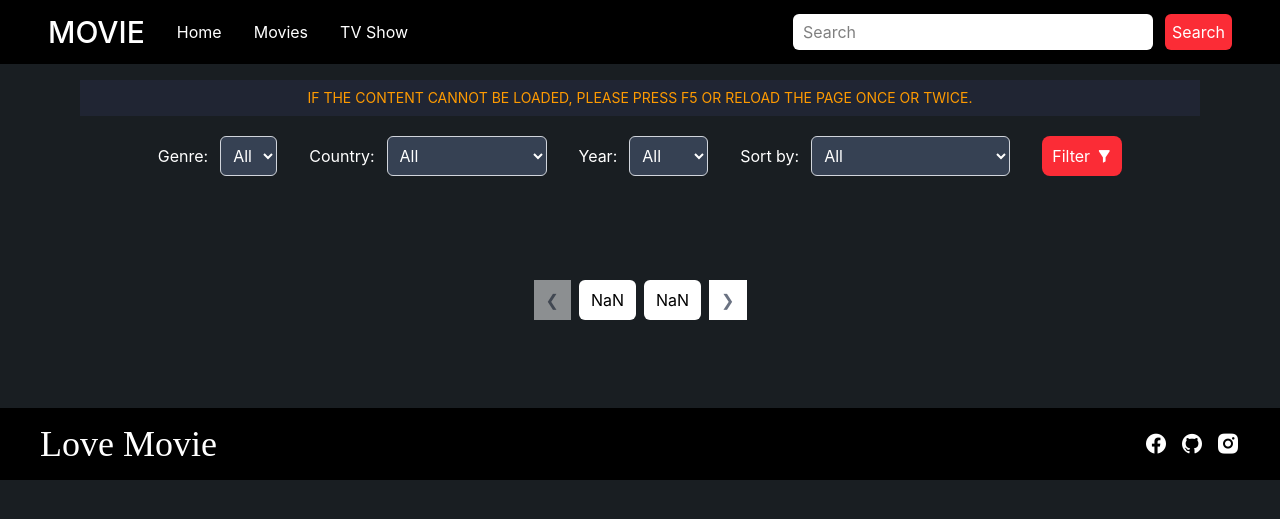
Repository: kimngoc9327/Love_Movie_Project
Page: /movieCategory
These files come from the project's save history. The page is drawn as it stood at one moment and after the next save; the edit follows.
The browser window is 1280 px wide. The pictures show the whole page.
The page's requests for data from a server got no answer. The project was rebuilt for these pictures with package versions that can differ from the ones it lists, and the page was loaded fresh each time. No one was signed in, and anything a server would have sent is missing. Also part of the build but not shown: vite.config.js, src/components/ui/VoteAverage.jsx, src/components/ui/MovieCard.jsx, src/components/ui/MovieList.jsx, src/components/ui/Banner.jsx, src/pages/Home.jsx, src/components/ui/PlayTrailerButton.jsx, src/utils/formatTime.jsx and 8 more.

Above is the page before, as saved 2025-03-30 18:52:14.

### index.html
<!DOCTYPE html>
<html lang="en">
  <head>
    <meta charset="UTF-8" />
    <link rel="icon" type="image/svg+xml" href="/love-movie-logo.ico" />
    <meta name="viewport" content="width=device-width, initial-scale=1.0" />
    <title>Love Movie</title>
  </head>
  <body>
    <div id="root"></div>
    <script type="module" src="/src/main.jsx"></script>
  </body>
</html>

### src/main.jsx
import { createRoot } from "react-dom/client";
import "./index.css";
import App from "./App.jsx";
import { store } from "./redux/store";
import { Provider } from "react-redux";
import { BrowserRouter } from "react-router-dom";
import ScrollToTop from "./components/ScrollToTop.jsx";

createRoot(document.getElementById("root")).render(
  <BrowserRouter>
    <ScrollToTop />
    <Provider store={store}>
      <App />
    </Provider>
  </BrowserRouter>
);

### src/index.css
@import "tailwindcss";
@import "remixicon/fonts/remixicon.css";

:root {
  font-family: Inter, system-ui, Avenir, Helvetica, Arial, sans-serif;
  background-color: #171c20fc;
}

/* a {
  font-weight: 500;
  color: #646cff;
  text-decoration: inherit;
}
a:hover {
  color: #535bf2;
}

body {
  margin: 0;
  display: flex;
  place-items: center;
  min-width: 320px;
  min-height: 100vh;
}

h1 {
  font-size: 3.2em;
  line-height: 1.1;
}

button {
  border-radius: 8px;
  border: 1px solid transparent;
  padding: 0.6em 1.2em;
  font-size: 1em;
  font-weight: 500;
  font-family: inherit;
  background-color: #1a1a1a;
  cursor: pointer;
  transition: border-color 0.25s;
}
button:hover {
  border-color: #646cff;
}
button:focus,
button:focus-visible {
  outline: 4px auto -webkit-focus-ring-color;
}

@media (prefers-color-scheme: light) {
  :root {
    color: #213547;
    background-color: #ffffff;
  }
  a:hover {
    color: #747bff;
  }
  button {
    background-color: #f9f9f9;
  }
} */

### src/App.jsx
import { Route, Routes } from "react-router-dom";
import publicRoutes from "./routes";
import DefaultLayout from "./components/layout/DefaultLayout";
import { Fragment } from "react";
function App() {
  return (
    <>
      <Routes>
        {publicRoutes.map((route, index) => {
          const Page = route.component;
          let Layout = DefaultLayout;
          if (route.layout) {
            Layout = route.layout;
          } else if (route.layout === null) {
            Layout = Fragment;
          }
          return (
            <Route
              key={index}
              path={route.path}
              element={
                <Layout>
                  <Page />
                </Layout>
              }
            />
          );
        })}
      </Routes>
    </>
  );
}

export default App;

### src/redux/store.jsx
import { createStore, applyMiddleware } from "redux";
import { rootReducer } from "./rootReducer";
import { thunk } from "redux-thunk";

const store = createStore(rootReducer, applyMiddleware(thunk));

export { store };

### src/components/ScrollToTop.jsx
import { useEffect } from "react";
import { useLocation } from "react-router-dom";

const ScrollToTop = () => {
  const { pathname, search } = useLocation(); // Lắng nghe cả pathname và search

  useEffect(() => {
    window.scrollTo({ top: 0, left: 0, behavior: "smooth" });
  }, [pathname, search]); // Khi pathname hoặc search thay đổi, cuộn lên đầu

  return null;
};

export default ScrollToTop;

### src/routes/index.jsx
import DefaultLayout from "../components/layout/DefaultLayout";
import Home from "../pages/Home";
import MovieCategory from "../pages/MovieCategory";
import Movie from "../pages/Movie";
import MovieGenre from "../pages/MovieGenre";
import SearchMovie from "../pages/SearchMovie";
// import SearchMovie from "../pages/SearchMovie";

const publicRoutes = [
  { path: "/", component: Home, layout: DefaultLayout },
  { path: "/genre", component: MovieGenre, layout: DefaultLayout },
  { path: "/movieCategory", component: MovieCategory, layout: DefaultLayout },
  { path: "/movie", component: Movie, layout: DefaultLayout },
  { path: "/search", component: SearchMovie, layout: DefaultLayout },
];

export default publicRoutes;

### src/components/layout/DefaultLayout.jsx
import Header from "./Header";
import Footer from "./Footer";
import PropTypes from "prop-types";

function DefaultLayout({ children }) {
  return (
    <div>
      <Header />
      <div>{children}</div>
      <Footer />
    </div>
  );
}

DefaultLayout.propTypes = {
  children: PropTypes.any,
};

export default DefaultLayout;

### src/redux/rootReducer.jsx
import { combineReducers } from "redux";
import movieReducer from "./reducer/movieReducer";

export const rootReducer = combineReducers({
  movieReducer,
});

### src/pages/MovieCategory.jsx
import { useEffect, useState } from "react";
import { useDispatch, useSelector } from "react-redux";
import { useLocation, useNavigate } from "react-router-dom";
import { getMovies } from "../redux/actions/movieActions";
import MovieCard from "../components/ui/MovieCard";
import { POSTER_PATH } from "../constants/constants";
import PaginationButton from "../components/ui/PaginationButton";
import MovieFilterBar from "../components/ui/MovieFilterBar";
import Notice from "../components/ui/Notice";

function MovieCategory() {
  const dispatch = useDispatch();
  const location = useLocation();
  const navigate = useNavigate();
  const queryParams = new URLSearchParams(location.search);
  const category = queryParams.get("category");
  const movies = useSelector((state) => state.movieReducer.movies[category]);
  const [page, setPage] = useState(1);

  useEffect(() => {
    if (category) {
      const params = {
        page: page,
      };
      dispatch(getMovies(category, params));
    }
  }, [dispatch, category, page]);

  const totalPages = movies?.total_pages;

  const handleSelectMovie = (id) => {
    navigate(`/movie?id=${id}`);
  };

  return (
    <div className="m-20">
      <Notice />
      <div className="flex flex-col items-center mt-5">
        <MovieFilterBar />
        <div className="grid grid-cols-4 gap-8  my-12">
          {movies?.results
            ?.filter((movie) => movie.title && movie.poster_path)
            .map((movie) => (
              <div onClick={() => handleSelectMovie(movie?.id)} key={movie.id}>
                <MovieCard
                  title={movie?.title}
                  poster={POSTER_PATH + movie?.poster_path}
                  vote={Number(movie?.vote_average.toFixed(2))}
                />
              </div>
            ))}
        </div>
        <PaginationButton
          currentPage={page}
          onPageChange={setPage}
          totalPages={totalPages}
        />
      </div>
    </div>
  );
}

export default MovieCategory;

### src/components/layout/Header.jsx
// import { Link } from "react-router-dom";
// import MovieDropdown from "../ui/MovieDropdown";
// import SearchInput from "../ui/SearchInput";

// const Header = () => {
//   return (
//     <div className="flex fixed z-50 w-screen top-0 items-center text-white p-[24px] h-[64px] bg-black">
//       <div className="flex space-x-8 items-center ml-8">
//         <Link to="/">
//           <p className="hover:text-red-500 font-medium text-3xl">MOVIE</p>
//         </Link>
//         <Link to="/">
//           <p className="hover:text-red-500 text-base">Home</p>
//         </Link>
//         <MovieDropdown />
//         <div className="relative group hover:text-red-500 hover:cursor-pointer">
//           <p>TV Show</p>{" "}
//           <span className="absolute top-full left-1/2 transform -translate-x-1/2 mb-2 w-max bg-[#202533] text-white text-xs px-2 py-1 rounded opacity-0 group-hover:opacity-100 transition-opacity">
//             Coming soon
//           </span>
//         </div>
//       </div>
//       <SearchInput />
//     </div>
//   );
// };

// export default Header;

import { useState } from "react";
import { Link } from "react-router-dom";
import MovieDropdown from "../ui/MovieDropdown";
import SearchInput from "../ui/SearchInput";

const Header = () => {
  const [menuOpen, setMenuOpen] = useState(false);

  return (
    <div className="fixed lg:justify-between z-50 w-full top-0 bg-black text-white p-4 flex items-center justify-between h-16">
      {/* Logo & Menu Button */}
      <div className="flex  space-x-8 items-center ml-8 ">
        <Link to="/" className="text-3xl font-medium hover:text-red-500">
          MOVIE
        </Link>

        {/* Hamburger Menu Button (Hidden on larger screens) */}
        <button
          className="ml-4 block lg:hidden text-white text-2xl"
          onClick={() => setMenuOpen(!menuOpen)}
        >
          {menuOpen ? (
            <i className="ri-close-line"></i> // Icon đóng menu
          ) : (
            <i className="ri-menu-line"></i> // Icon mở menu
          )}
        </button>
      </div>

      {/* Navigation Links (Hidden on small screens) */}
      <div
        className={`lg:flex lg:items-center lg:space-x-8 absolute lg:static top-16 left-0 w-full bg-black lg:bg-transparent p-4 lg:p-0 transition-all ${
          menuOpen ? "block" : "hidden"
        }`}
      >
        <Link to="/" className="block py-2 text-base hover:text-red-500">
          Home
        </Link>
        <MovieDropdown />
        <div className="relative group hover:text-red-500 hover:cursor-pointer block py-2">
          <p>TV Show</p>
          <span className="absolute top-full left-1/2 transform -translate-x-1/2 mt-2 w-max bg-[#202533] text-white text-xs px-2 py-1 rounded opacity-0 group-hover:opacity-100 transition-opacity">
            Coming soon
          </span>
        </div>
      </div>

      {/* Search Input (Always visible) */}
      <div className="ml-auto hidden lg:block">
        <SearchInput />
      </div>
    </div>
  );
};

export default Header;

### src/components/layout/Footer.jsx
function Footer() {
  return (
    <div className="flex space-x-10 mt-12 py-4 px-10 items-center justify-between text-white bg-black">
      <p className="font-[fantasy] text-4xl">Love Movie</p>

      <div className="flex space-x-3">
        <i className="ri-facebook-circle-fill  text-2xl"></i>
        <i className="ri-github-fill  text-2xl"></i>
        <i className="ri-instagram-fill text-2xl"></i>
      </div>
    </div>
  );
}

export default Footer;

### src/redux/reducer/movieReducer.jsx
import {
  GET_GENRE_MOVIE,
  GET_MOVIE,
  GET_MOVIE_COLLECTION,
  GET_MOVIE_DISCOVER,
  GET_MOVIES,
  GET_RECOMMENDATIONS,
  SEARCH_MOVIE,
} from "../types";

const initialState = {
  movies: {},
  genres: {},
  search: {},
  recommendations: {},
  collection: null,
  currentMovie: null,
};

const movieReducer = (state = initialState, action) => {
  switch (action.type) {
    case GET_MOVIES:
      return {
        ...state,
        movies: { ...state.movies, [action.category]: action.payload },
      };
    case GET_MOVIE_DISCOVER:
      return { ...state, movies: action.payload };
    case GET_MOVIE_COLLECTION:
      return { ...state, collection: action.payload };
    case GET_GENRE_MOVIE:
      return { ...state, genres: action.payload };
    case GET_RECOMMENDATIONS:
      return { ...state, recommendations: action.payload };
    case SEARCH_MOVIE:
      return { ...state, search: action.payload };
    case GET_MOVIE:
      return { ...state, currentMovie: action.payload };
    default:
      return state;
  }
};

export default movieReducer;

### src/redux/actions/movieActions.jsx
import axios from "axios";
import {
  GET_MOVIES,
  GET_MOVIE,
  GET_MOVIE_DISCOVER,
  GET_GENRE_MOVIE,
  GET_MOVIE_COLLECTION,
  SEARCH_MOVIE,
  GET_RECOMMENDATIONS,
} from "../types";
import { AUTH_TOKEN, BASE_URL } from "../../constants/constants";

const getMovies =
  (category, params = {}) =>
  async (dispatch) => {
    try {
      const response = await axios.get(`${BASE_URL}/movie/${category}`, {
        headers: {
          Authorization: `Bearer ${AUTH_TOKEN}`,
        },
        params: {
          ...params,
        },
      });

      dispatch({ type: GET_MOVIES, payload: response.data, category });
    } catch (error) {
      console.error(error);
    }
  };

const getMovieDiscover =
  (params = {}) =>
  async (dispatch) => {
    try {
      const response = await axios.get(`${BASE_URL}/discover/movie`, {
        headers: {
          Authorization: `Bearer ${import.meta.env.VITE_API_TOKEN}`,
        },
        params: {
          ...params,
        },
      });

      dispatch({ type: GET_MOVIE_DISCOVER, payload: response.data });
    } catch (error) {
      console.log(error);
    }
  };

const getGenreMovie = () => async (dispatch) => {
  try {
    const response = await axios.get(`${BASE_URL}/genre/movie/list`, {
      headers: {
        Authorization: `Bearer ${AUTH_TOKEN}`,
      },
    });

    dispatch({ type: GET_GENRE_MOVIE, payload: response.data });
  } catch (error) {
    console.log(error);
  }
};

const getMovieCollection = (id) => async (dispatch) => {
  try {
    const response = await axios.get(`${BASE_URL}/collection/${id}`, {
      headers: {
        Authorization: `Bearer ${AUTH_TOKEN}`,
      },
    });
    dispatch({ type: GET_MOVIE_COLLECTION, payload: response.data });
  } catch (error) {
    console.log(error);
  }
};

const getRecommendations = (id) => async (dispatch) => {
  try {
    const response = await axios.get(
      `${BASE_URL}/movie/${id}/recommendations`,
      {
        headers: {
          Authorization: `Bearer ${AUTH_TOKEN}`,
        },
      }
    );
    dispatch({ type: GET_RECOMMENDATIONS, payload: response.data });
  } catch (error) {
    console.log(error);
  }
};

const searchMovie =
  (params = {}) =>
  async (dispatch) => {
    try {
      const response = await axios.get(`${BASE_URL}/search/movie`, {
        headers: {
          Authorization: `Bearer ${AUTH_TOKEN}`,
        },
        params: {
          ...params,
        },
      });

      dispatch({ type: SEARCH_MOVIE, payload: response.data });
    } catch (error) {
      console.log(error);
    }
  };

const getMovie = (id) => async (dispatch) => {
  try {
    const response = await axios.get(`${BASE_URL}/movie/${id}`, {
      headers: {
        Authorization: `Bearer ${AUTH_TOKEN}`,
      },
      params: {
        append_to_response: "videos,translations,casts",
        language: "en-US",
      },
    });

    dispatch({ type: GET_MOVIE, payload: response.data });
  } catch (error) {
    console.log(error);
  }
};

export {
  getMovies,
  getMovie,
  getMovieDiscover,
  getGenreMovie,
  getMovieCollection,
  getRecommendations,
  searchMovie,
};

### src/constants/constants.jsx
export const API_KEY = import.meta.env.VITE_API_KEY;
export const AUTH_TOKEN = import.meta.env.VITE_API_TOKEN;
export const DEFAULT_IMAGE =
  "https://www.themoviedb.org/assets/2/v4/glyphicons/basic/glyphicons-basic-38-picture-grey-c2ebdbb057f2a7614185931650f8cee23fa137b93812ccb132b9df511df1cfac.svg";
export const POSTER_PATH = `https://image.tmdb.org/t/p/w500`;
export const BACKDROP_PATH = `https://image.tmdb.org/t/p/original`;
export const BASE_URL = `https://api.themoviedb.org/3`;

### src/components/ui/PaginationButton.jsx
import PropTypes from "prop-types";

const PaginationButton = ({ currentPage, totalPages, onPageChange }) => {
  const getPageNumbers = () => {
    const pages = [];
    const maxPages = Math.min(totalPages, 500);

    if (maxPages <= 6) {
      for (let i = 1; i <= maxPages; i++) pages.push(i);
    } else {
      if (currentPage > 1) pages.push(1, "...");

      if (currentPage < maxPages - 1) {
        pages.push(currentPage);
        if (currentPage + 1 <= maxPages) pages.push(currentPage + 1);
        if (currentPage + 2 <= maxPages) pages.push(currentPage + 2);
      }

      if (currentPage < maxPages - 2) pages.push("...");

      pages.push(maxPages - 1, maxPages);
    }

    return pages;
  };

  return (
    <div className="flex items-center space-x-2 rounded-md px-4 py-2">
      <button
        className={`px-3 py-2 bg-white text-gray-500 hover:cursor-pointer ${
          currentPage === 1
            ? "opacity-50 cursor-not-allowed"
            : "hover:bg-gray-200"
        }`}
        disabled={currentPage === 1}
        onClick={() => onPageChange(currentPage - 1)}
      >
        ❮
      </button>

      {getPageNumbers().map((page, index) =>
        page === "..." ? (
          <span key={index} className="px-3 py-2 text-gray-500 ">
            ...
          </span>
        ) : (
          <button
            key={index}
            className={`px-3 py-2 bg-white rounded-md hover:cursor-pointer ${
              currentPage === page
                ? "!bg-indigo-600 text-white"
                : "hover:bg-gray-200"
            }`}
            onClick={() => onPageChange(page)}
          >
            {page}
          </button>
        )
      )}

      <button
        className={`px-3 py-2 bg-white text-gray-500 hover:cursor-pointer ${
          currentPage === totalPages
            ? "opacity-50 cursor-not-allowed"
            : "hover:bg-gray-200"
        }`}
        disabled={currentPage === totalPages}
        onClick={() => onPageChange(currentPage + 1)}
      >
        ❯
      </button>
    </div>
  );
};

PaginationButton.propTypes = {
  currentPage: PropTypes.any,
  onPageChange: PropTypes.any,
  totalPages: PropTypes.any,
};

export default PaginationButton;

### src/components/ui/Notice.jsx
function Notice() {
  return (
    <div className="bg-[#202533] p-2">
      <p className="text-amber-500 text-center text-sm">
        IF THE CONTENT CANNOT BE LOADED, PLEASE PRESS F5 OR RELOAD THE PAGE ONCE
        OR TWICE.
      </p>
    </div>
  );
}

export default Notice;

### src/components/ui/MovieDropdown.jsx
import { Menu, MenuButton, MenuItem, MenuItems } from "@headlessui/react";
import { useEffect, useState } from "react";
import { useDispatch, useSelector } from "react-redux";
import {
  getGenreMovie,
  getMovieDiscover,
} from "../../redux/actions/movieActions";
import { useNavigate } from "react-router-dom";

function MovieDropdown() {
  const [isOpen, setIsOpen] = useState(false);
  const dispatch = useDispatch();
  const navigate = useNavigate();
  const genres = useSelector((state) => state.movieReducer.genres);

  useEffect(() => {
    dispatch(getGenreMovie());
  }, [dispatch]);

  const handleGenreSelect = (genreId) => {
    dispatch(getMovieDiscover(genreId));
    navigate(`/genre?genre=${genreId}`);
    setIsOpen(false);
  };

  return (
    <div className="relative" onMouseUp={() => setIsOpen(true)}>
      <Menu>
        <MenuButton className="hover:text-red-500 text-base hover:cursor-pointer">
          Movies
        </MenuButton>
        {isOpen && (
          <MenuItems className="grid grid-cols-3 gap-4 absolute left-0 mt-2 w-150 p-2 origin-top-right rounded-md bg-black ring-1 z-40 focus:outline-none">
            {genres?.genres?.map((genre, index) => (
              <MenuItem
                id={genre.id}
                key={index}
                as="div"
                className="px-4 py-2 text-white hover:bg-gray-700 cursor-pointer"
                onClick={() => handleGenreSelect(genre.id)}
              >
                {genre.name}
              </MenuItem>
            ))}
          </MenuItems>
        )}
      </Menu>
    </div>
  );
}

export default MovieDropdown;

### src/components/ui/SearchInput.jsx
import { useEffect, useState, useRef } from "react";
import { useLocation, useNavigate } from "react-router-dom";
import { AUTH_TOKEN, BASE_URL, POSTER_PATH } from "../../constants/constants";
import axios from "axios";

function SearchInput() {
  const navigate = useNavigate();
  const location = useLocation();
  const [query, setQuery] = useState("");
  const [showResults, setShowResults] = useState(false);

  const resultsRef = useRef(null);

  const [suggestions, setSuggestions] = useState([]); // Thêm state cục bộ để lưu kết quả gợi ý

  useEffect(() => {
    if (query.trim() === "") {
      setSuggestions([]);
      return;
    }

    const timer = setTimeout(async () => {
      try {
        const response = await axios.get(`${BASE_URL}/search/movie`, {
          headers: {
            Authorization: `Bearer ${AUTH_TOKEN}`,
          },
          params: {
            query: query,
            include_adult: false,
            language: "en-US",
            page: 1,
          },
        });

        setSuggestions(response.data);
        setShowResults(true);
      } catch (error) {
        console.error("Lỗi khi tìm kiếm phim:", error);
        setSuggestions([]);
      }
    }, 500);

    return () => clearTimeout(timer);
  }, [query]);

  useEffect(() => {
    setShowResults(false);
  }, [location.pathname, location.search]);

  useEffect(() => {
    function handleClickOutside(event) {
      if (resultsRef.current && !resultsRef.current.contains(event.target)) {
        setShowResults(false);
      }
    }

    document.addEventListener("mousedown", handleClickOutside);
    return () => document.removeEventListener("mousedown", handleClickOutside);
  }, []);

  const handleSearch = (e) => {
    e.preventDefault();
    navigate(`/search?query=${query}`);
  };

  const handleSelectMovie = (id) => {
    navigate(`/movie?id=${id}`);
    setShowResults(false);
    setQuery("");
  };

  return (
    <>
      <form
        onSubmit={handleSearch}
        className="ml-auto mr-8 flex items-center space-x-3 relative"
      >
        <input
          className="h-[36px] w-90 text-black pl-[10px] bg-white rounded-md"
          placeholder="Search"
          value={query || ""}
          onChange={(e) => setQuery(e.target.value)}
        />
        <button
          type="submit"
          className="bg-red-500 px-[7px] h-[36px] text-center rounded-md"
        >
          Search
        </button>

        {showResults && suggestions?.results?.length > 0 && (
          <div
            ref={resultsRef}
            className="absolute w-90 top-14 bg-black text-white mt-2 rounded-md shadow-lg p-2"
          >
            {suggestions?.results?.slice(0, 8).map((movie, index) => (
              <div
                onClick={() => handleSelectMovie(movie?.id)}
                key={index}
                className="p-2 cursor-pointer hover:bg-gray-800 flex space-x-4 items-center"
              >
                <img
                  src={POSTER_PATH + movie.poster_path}
                  className="object-cover w-10 h-10"
                />
                <span className="text-gray-300">{movie.title}</span>
              </div>
            ))}
          </div>
        )}
      </form>
    </>
  );
}

export default SearchInput;

### src/redux/types.jsx
export const GET_MOVIES = "GET_MOVIES";
export const GET_MOVIE = "GET_MOVIE";
export const GET_GENRE_MOVIE = "GET_GENRE_MOVIE";
export const GET_MOVIE_DISCOVER = "GET_MOVIE_DISCOVER";
export const GET_MOVIE_COLLECTION = "GET_MOVIE_COLLECTION";
export const GET_RECOMMENDATIONS = "GET_RECOMMENDATIONS";
export const SEARCH_MOVIE = "SEARCH_MOVIE";

Loaded but not shown: src/components/ui/MovieFilterBar.jsx (181 lines, source omitted)

After the next save:
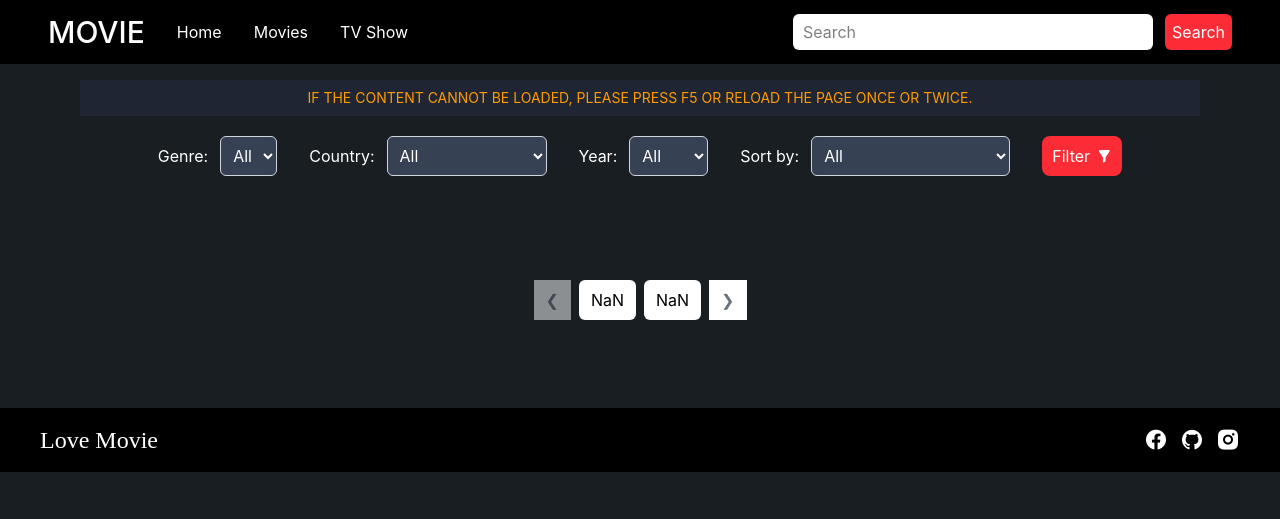
Saved 16 s later.
--- a/src/components/layout/Footer.jsx
+++ b/src/components/layout/Footer.jsx
@@ -1,7 +1,7 @@
 function Footer() {
   return (
     <div className="flex space-x-10 mt-12 py-4 px-10 items-center justify-between text-white bg-black">
-      <p className="font-[fantasy] text-4xl">Love Movie</p>
+      <p className="font-[fantasy] text-4xl lg:text-2xl">Love Movie</p>
 
       <div className="flex space-x-3">
         <i className="ri-facebook-circle-fill  text-2xl"></i>
